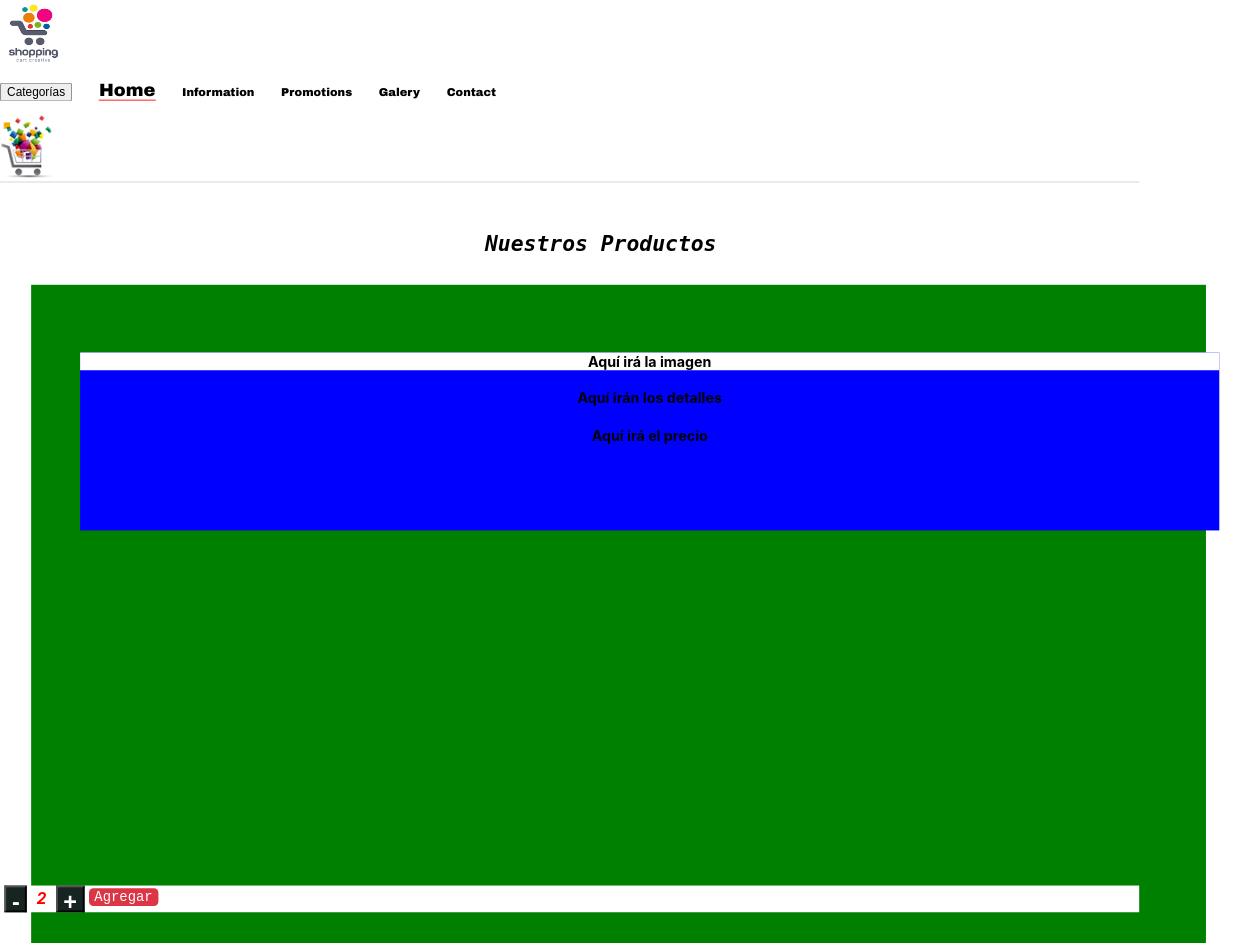
Repository: gustavomanuelquintana/CoderRepository
Page: / (app in cards-commers/)
These files come from the project's save history. The page is drawn as it stood at one moment and after the next save; the edit follows.
The browser window is 1280 px wide. The page is 1405 px wide, so the pictures cover 1405 px, including what lies to the right of the window. The pictures show the whole page, at 89% of full size.
The project was rebuilt for these pictures with package versions that can differ from the ones it lists, and the page was loaded fresh each time.

Above is the page before, as saved 2020-10-31 14:47:24.

### cards-commers/src/App.js
import React from "react";
import NavBar from "./Components/NavBar/NavBar";
import ItemListContainer from "./Components/ItemListContainer/ItemListContainer";
import ItemCount from "./Components/ItemCount/ItemCount";

function App() {
  let stock= 14;
  const handleAdd = (counter) => {
    return ({stock}) => {
      if (stock <=0){
        alert('No hay stock')
      }else {
        alert(`Se van agregar ${counter} articulos`)
      }
    }
  }

  return (
    <div className="App">
        <NavBar />
        <ItemListContainer titulo='Nuestros Productos'/>
        <ItemCount onAdd={handleAdd}  stock={stock} initial={2} />
    </div>
  );
}

export default App;

### cards-commers/src/Components/NavBar/NavBar.js
import React from "react";
import ImageNavBar from "../../Images/cards-logo.png";
import CartWidget from "../CartWidget/CartWidget";
import Dropdown from "react-bootstrap/Dropdown";
import "./NavBar.css";

const styleFont = {
  fontSize: 20,
  borderBottom: "1px solid red",
};

function NavBar() {
  return (
    <div className=" col-12">
      <div className="header-navBar col-12">
        <div className="row col-12">
          <div className="Logo-navBar col-1">
            <a href="index.html">
            <img src={ImageNavBar} alt="logo" width="75" height="70" />
            </a>
          </div>
          <div className="Links-navBar col-10 mt-3">
            <ul className="List-navBar">
              <li>
                <Dropdown>
                  <Dropdown.Toggle  variant="danger" id="dropdown-basic">
                    Categorías
                  </Dropdown.Toggle>

                  <Dropdown.Menu>
                    <Dropdown.Item   href="#/action-1">
                      Deportes / Fitness
                    </Dropdown.Item>
                    <Dropdown.Item href="#/action-2">
                      Hogar / Electrodomésticos
                    </Dropdown.Item>
                    <Dropdown.Item href="#/action-3">Vehículos</Dropdown.Item>
                  </Dropdown.Menu>
                </Dropdown>
              </li>
              <li>
                <a style={styleFont} href="#">
                  Home
                </a>
              </li>
              <li>
                <a href="#">Information</a>
              </li>
              <li>
                <a href="#">Promotions </a>
              </li>
              <li>
                <a href="#">Galery</a>
              </li>
              <li>
                <a href="#">Contact</a>
              </li>
            </ul>
          </div>
          <div className="carrito-navBar col-1">
            <CartWidget />
          </div>
        </div>
      </div>
    </div>
  );
}

export default NavBar;

### cards-commers/src/Components/ItemListContainer/ItemListContainer.js
import React, {useState, useEffect} from 'react';
import './ItemListContainer.css';
import ItemList from './ItemList/ItemList';

const getList = () => {
    return new Promise( (res) => {
        let products;
        res(
            products = ["nike", "Airmax", "Running fast"]
        )
    });
}


function ItemListContainer({titulo}){
    const [itemList, setItemList] = useState([]);

    // Use effect
    useEffect( () => {
        getList().then( mercaderia => {
           setItemList(mercaderia);
        });
    },[]); // End useEffect

    return (
        <div className="container">
            <h2>{titulo}</h2>
        <ItemList items={itemList} />
        </div>
    );
}



export default ItemListContainer;

### cards-commers/src/Components/ItemCount/ItemCount.js
import React, {useState} from 'react';
import ButtonsCount from './ButtonsCount/ButtonsCount';
import ViewCount from './ViewCount/ViewCount';
import AgregarCount from './AgregarCount/AgregarCount';


    const styleContain={
        backgroundColor:"white",
        display:"flex",
    }
    const styleBox = {
        color:"red",
        fontWeight:"bold",
        fontSize:"1.1em",
        lineHeight:"18px",
        display:"flex",
        justifyContent:"center",
        width:"100px",
        height:"30px",
    }
    const boxAdd ={
        fontWeight: "bold",
        fontSize: "1em",
        color: "red",
    }
    export default function ItemCount({onAdd,stock,initial}) {
        let [counter, counterState] = useState(initial);

    const onClickButton = (amount) => {
        return () => {
            let total = (amount < 0) ? 0 : amount;
            let limiter = (total > stock) ? stock: total;
            counterState(limiter);

        }
    }

    let props = {counter, counterState}

    return (
        <div className="section-car" style={styleContain}>
        <div className="box-count" style={styleBox}>
            <ButtonsCount suma={false} onClick={onClickButton} {...props} />
             <ViewCount value={counter}/>
             <ButtonsCount suma={true} onClick={onClickButton}  {...props}/>
        </div>

        <div  className="box-add" style={boxAdd}> <AgregarCount onAdd= {onAdd} {...{counter}}/> </div>
        </div>
        );
}

### cards-commers/src/Components/CartWidget/CartWidget.js
import React from 'react';
import ImageCarrito from "../../Images/carrito-img.png";

function CartWidget(){
    return (
        <a href="#">
         <img src={ImageCarrito}/>
        </a>
    )
}

export default CartWidget;

### cards-commers/src/Components/NavBar/NavBar.css
img {
  max-width: 100%;
}
.header-navBar {
  background-color: white;
  display: flex;
  width: 100%;
  border-bottom: 1px solid lightgrey;
}

.Logo-navBar img {
  max-height: 8em;
  max-width: 8em;
}
.Links-navBar ul li {
  display: inline-block;
  margin-right: 35px;
  margin: 0 70px 0 -40px;
}
.Links-navBar ul li a {
  color: black;
  font-family: Arial Black;
  font-size: 0.8em;
  font-weight: bold;
  text-decoration: none;
}

### cards-commers/src/Components/ItemListContainer/ItemListContainer.css
.container{
    width:100%;
    max-height:100vh;
    margin: 0.25 auto;
    padding: 35px;
}
.container h2{
    text-align:center;
    font-family: "monospace";
    font-weight:bold;
    font-style: italic;
}

### cards-commers/src/Components/ItemListContainer/ItemList/ItemList.js
import React, {useState, useEffect} from 'react';
import './ItemList.css';
import Item from '../Item/Item';




function ItemList({items}){
return <div className="itemList">
        <Item listProducts={items}/>
     </div>
}


export default ItemList;

### cards-commers/src/Components/ItemCount/ButtonsCount/ButtonsCount.js
import React from "react";
const styleButton = {
    fontWeight: "bold",
    fontSize:"1.5em",
    background: "#172522",
    color: "white",
    margin:"0 auto",
    height:"100%",
}

export default function ButtonsCount({suma,onClick,counter,counterState}) {

    let signo = suma ? '+' : '-';

    let amount = suma ? (counter + 1) : (counter - 1);

  return ( <button onClick={onClick(amount)} style={styleButton}>{signo}</button> )
}

### cards-commers/src/Components/ItemCount/ViewCount/ViewCount.js
import React from 'react';

const countnumber = {
    margin:"0.35em auto",
    fontStyle:"italic",

}

export default function ViewCount({value}){

    return(
        <div style={countnumber} className="countNumber">{value}</div>
    )
}

### cards-commers/src/Components/ItemCount/AgregarCount/AgregarCount.js
import React from 'react';

const agregarcount = {
    borderRadius:"5px",
    border:"none",
    margin:"0.2em auto",
    background:"#dc3545",
    color:"white",
    fontFamily:"monospace",
    fontSize:"1.2em",
}
export default function AgregarCount({onAdd, counter}){

    const agregarCount = () =>{};

    return(
        <div>
            <button style={agregarcount} onClick={onAdd(counter)}>Agregar</button>
        </div>
    )
}

### cards-commers/src/Components/ItemListContainer/ItemList/ItemList.css
.itemList{
    width:100%;
    height:700px;
    background-color:green;
    padding:20px;
    margin:2em auto;
}

### cards-commers/src/Components/ItemListContainer/Item/Item.js
import React from 'react';
import Container from 'react-bootstrap/Container';
import Row from 'react-bootstrap/Row';
import Col from 'react-bootstrap/Col';
import './Item.css';


function Item({listProducts}){
    return <Container>
    <Row className="Item">
      <Col xs="6" sm="4">
          <div className="containerImage">
              <h4>Aquí irá la imagen</h4>
          </div>
      </Col>
      <Col xs="6" sm="4">
      <div className="containerDetail">
              <h4>Aquí irán los detalles</h4>
          </div>
      </Col>
      <Col sm="4">
      <div className="containerDetail">
              <h4>Aquí irá el precio</h4>
          </div>
      </Col>
    </Row>
  </Container>

}

export default Item;

### cards-commers/src/Components/ItemListContainer/Item/Item.css
.Item{
    background-color: blue;
    text-align:center;
    height:200px;
}
.containerImage{
    background: white;
    max-height:200px;
}

Loaded but not shown: cards-commers/public/index.html (common file); cards-commers/src/index.js (common file); cards-commers/src/index.css (common file); cards-commers/src/serviceWorker.js (common file)

After the next save:
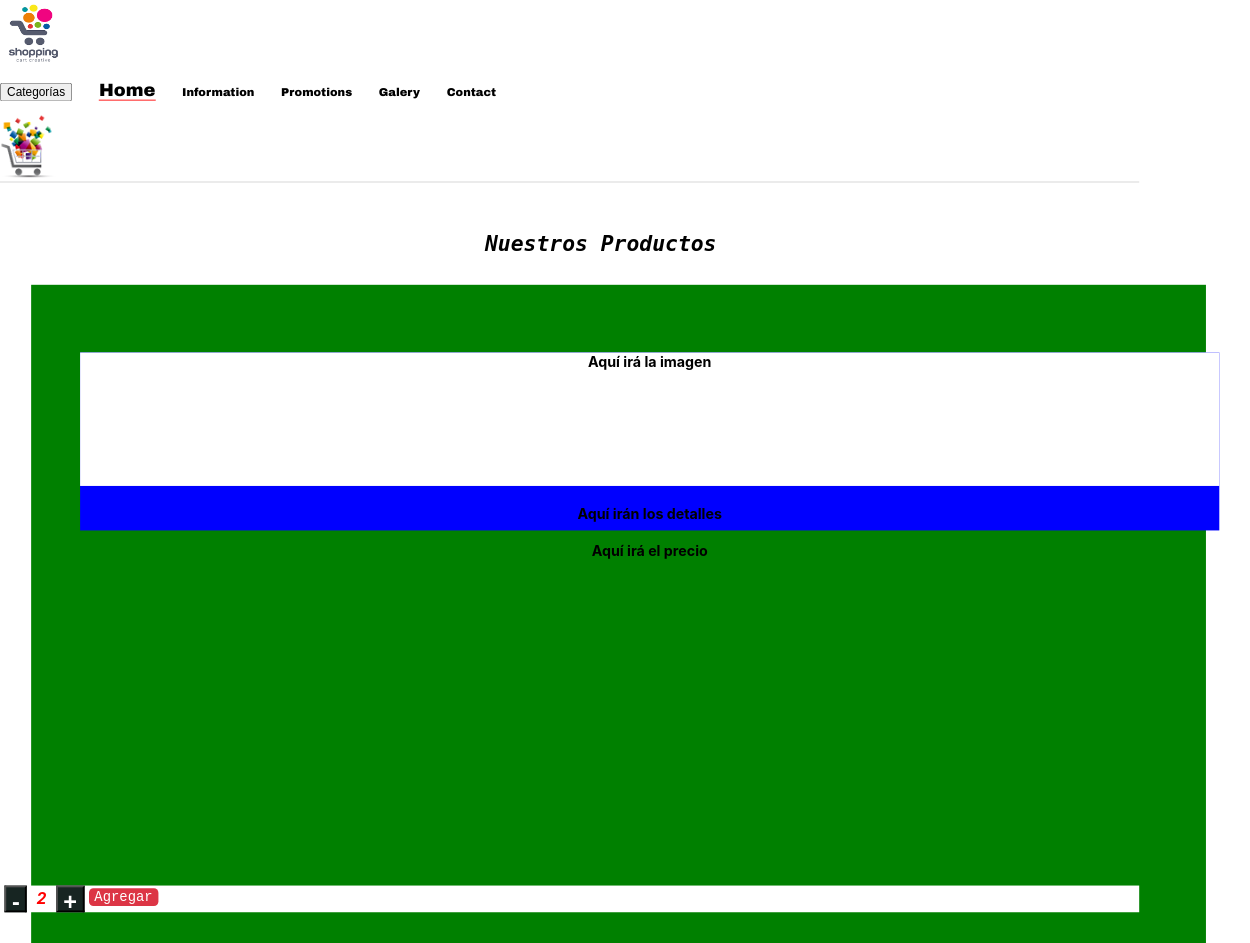
Saved 6 s later.
--- a/cards-commers/src/Components/ItemListContainer/Item/Item.css
+++ b/cards-commers/src/Components/ItemListContainer/Item/Item.css
@@ -6,4 +6,5 @@
 .containerImage{
     background: white;
     max-height:200px;
+    height: 150px;
 }
